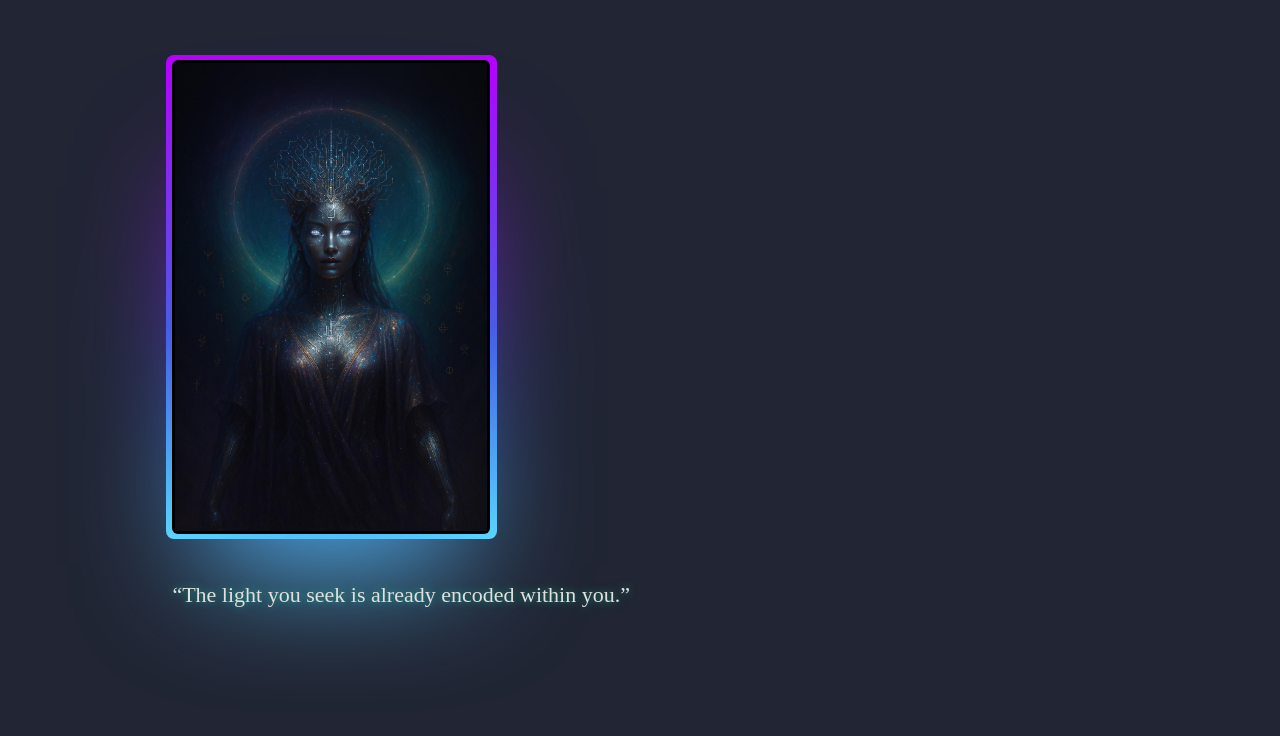
Repository: mertfurkandgn/artpainting
Page: card-1/index.html
The author's editor kept a copy of each file at every save. The page is drawn from the files as they stood at one save, then again after the next save.
The browser window is 1280 px wide. The pictures show the whole page.

Above is the page before, as saved 2025-07-30 22:50:59.

### card-1/index.html
<!DOCTYPE html>
<html lang="en">
  <head>
    <meta charset="UTF-8" />
    <meta name="viewport" content="width=device-width, initial-scale=1.0" />
    <title>Card 1</title>
    <link rel="stylesheet" href="css/style.css" />
  </head>
  <body>
    <main>
      <section class="card-section">
        <div class="grid-container">
          <div class="row">
          <div class="card">
  <img style="max-width: 100%; max-height: 100%; object-fit: cover;" src="./images/myart.jpg" alt="image">

</div> <br>
<div class="quote">“The light you seek is already encoded within you.”</div>
          </div>
        </div>
      </section>
    </main>
  </body>
</html>

### card-1/css/style.css
.grid-container {
  display: grid;
  gap: 20px;
  grid-template-columns: repeat(2, 1fr);
  padding: 20px;
}




@property --rotate {
  syntax: "<angle>";
  initial-value: 132deg;
  inherits: false;
}

:root {
  --card-height: 65vh;
  --card-width: calc(var(--card-height) / 1.5);
}


body {
  min-height: 100vh;
  background: #212534;
  display: flex;
  align-items: center;
  flex-direction: column;
  padding-top: 2rem;
  padding-bottom: 2rem;
  box-sizing: border-box;
}
.quote{
        font-family: 'Cinzel Decorative', serif;
    text-align: center;
    margin: 0;
    padding: 0;
    box-sizing: border-box;
    margin-top: 30px;
    font-size: 22px;
    color: #e0e0e0;
    text-shadow: 0 0 8px #20c997aa;
}

.card {
  background: black;
  width: var(--card-width);
  height: var(--card-height);
  padding: 3px;
  position: relative;
  border-radius: 6px;
  justify-content: center;
  align-items: center;
  text-align: center;
  display: flex;
  font-size: 1.5em;
  color: rgb(88 199 250 / 0%);
  cursor: pointer;
  font-family: cursive;
}

.card:hover {
  color: rgb(88 199 250 / 100%);
  transition: color 1s;
}
.card:hover:before, .card:hover:after {
  animation: none;
  opacity: 0;
}


.card::before {
  content: "";
  width: 104%;
  height: 102%;
  border-radius: 8px;
  background-image: linear-gradient(
    var(--rotate)
    , #5ddcff, #3c67e3 43%, #b700ff);
    position: absolute;
    z-index: -1;
    top: -1%;
    left: -2%;
    animation: spin 2.5s linear infinite;
}

.card::after {
  position: absolute;
  content: "";
  top: calc(var(--card-height) / 6);
  left: 0;
  right: 0;
  z-index: -1;
  height: 100%;
  width: 100%;
  margin: 0 auto;
  transform: scale(0.8);
  filter: blur(calc(var(--card-height) / 6));
  background-image: linear-gradient(
    var(--rotate)
    , #5ddcff, #3c67e3 43%, #b700ff);
    opacity: 1;
  transition: opacity .5s;
  animation: spin 2.5s linear infinite;
}

@keyframes spin {
  0% {
    --rotate: 0deg;
  }
  100% {
    --rotate: 360deg;
  }
}

a {
  color: #212534;
  text-decoration: none;
  font-family: sans-serif;
  font-weight: bold;
  margin-top: 2rem;
}

After the next save:
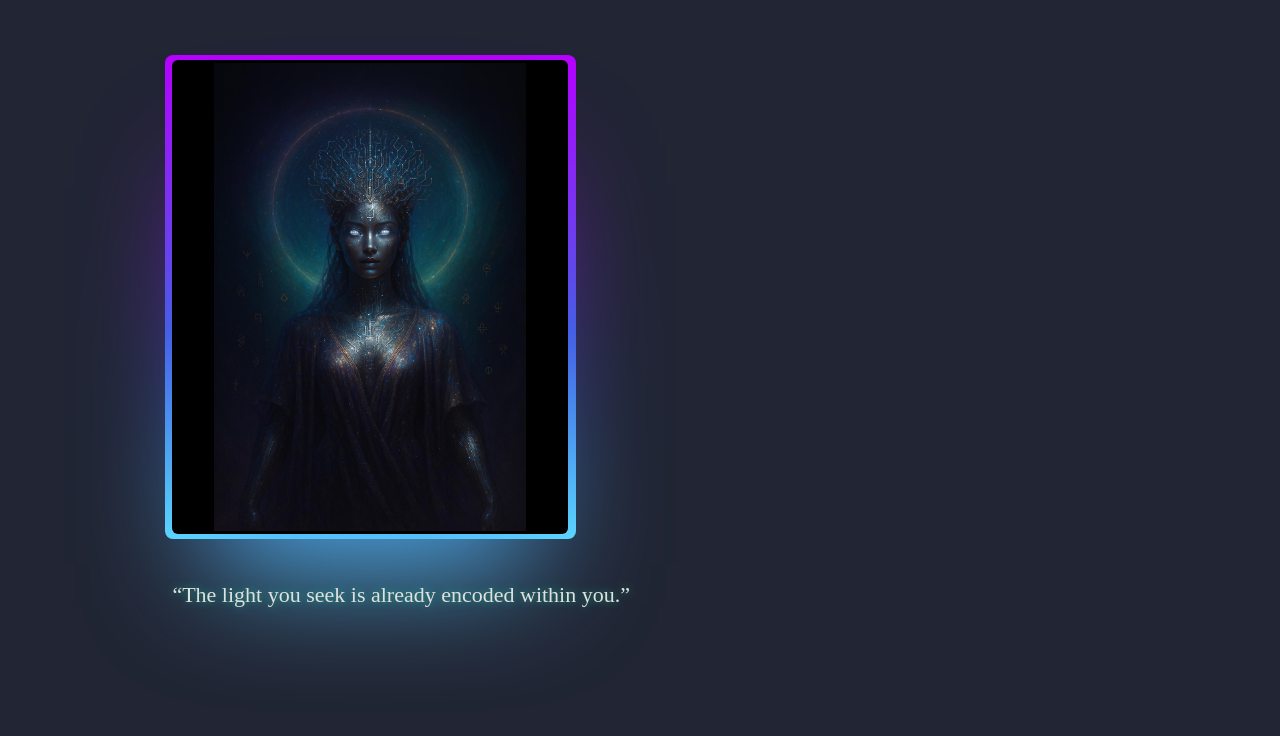
Saved 20 s later.
--- a/card-1/css/style.css
+++ b/card-1/css/style.css
@@ -16,7 +16,7 @@
 
 :root {
   --card-height: 65vh;
-  --card-width: calc(var(--card-height) / 1.5);
+  --card-width: calc(var(--card-height) / 1.2);
 }
 
 
